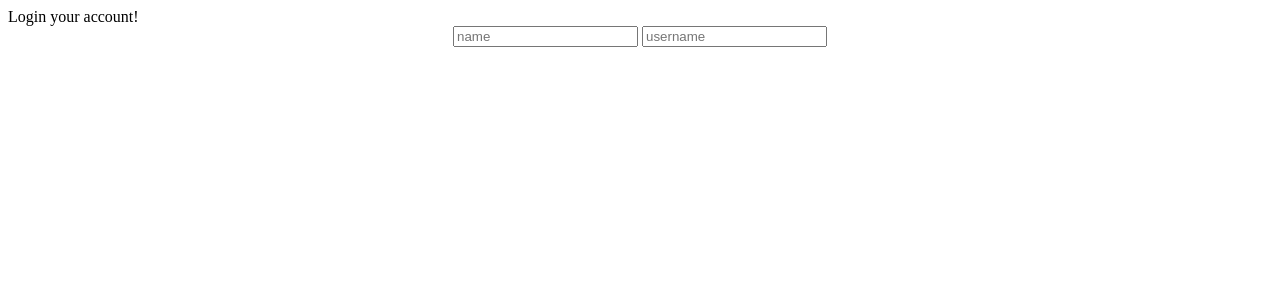
Repository: ApoorvaMishra4/Bootcamp
Page: http://localhost/Login/
An editor plug-in stored every save of this project. The page is shown before and after the next save, followed by the edit.
The browser window is 1280 px wide. The pictures show the whole page.
The page is served by Tomcat 9. Other server files are loaded and not shown.

Above is the page before, as saved 2018-08-09 03:49:58.

### Login/src/main/webapp/index.jsp
<html>
<head>
<style>
form {
text-align : center;
}
</style>
</head>
<body>
Login your account!
<form action = "#">
<input type="text" name="name" placeholder="name">
<input type="text" name="username"  placeholder="username">
</form>
</body>
</html>

After the next save:
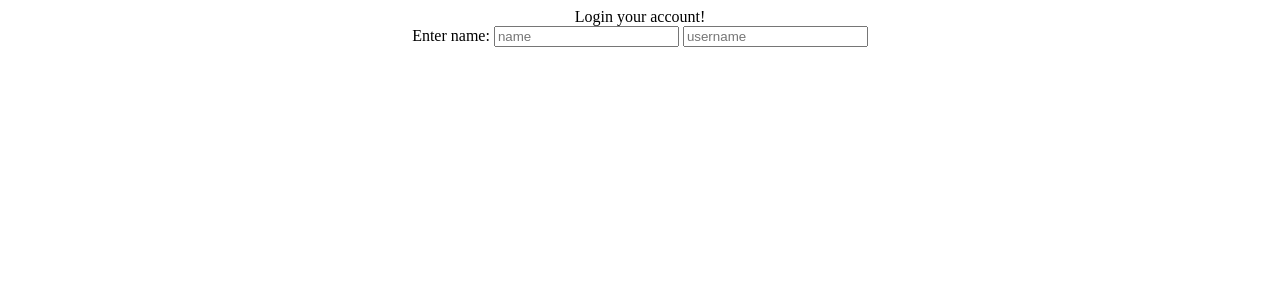
Saved 27 s later.
--- a/Login/src/main/webapp/index.jsp
+++ b/Login/src/main/webapp/index.jsp
@@ -7,8 +7,8 @@ text-align : center;
 </style>
 </head>
 <body>
-Login your account!
 <form action = "#">
+Login your account!<br>Enter name:
 <input type="text" name="name" placeholder="name">
 <input type="text" name="username"  placeholder="username">
 </form>
